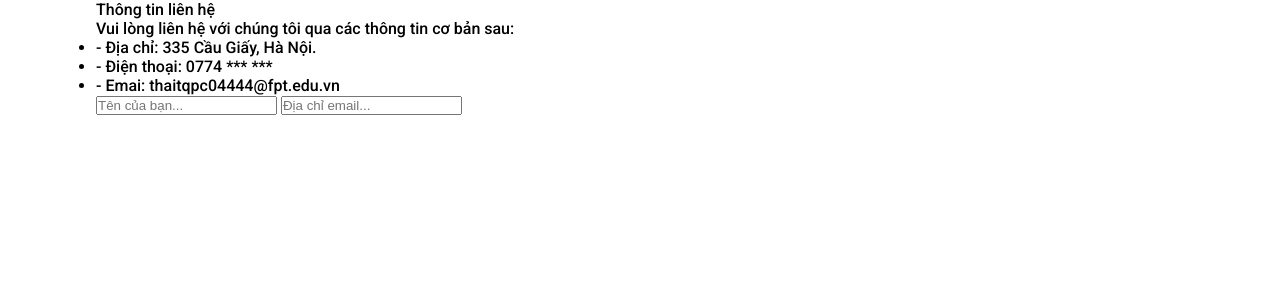
Repository: QUANGTHAI2003/sunhomesbbq
Page: LienHe.html
These files come from the project's save history. The page is drawn as it stood at one moment and after the next save; the edit follows.
The browser window is 1280 px wide. The pictures show the whole page.
Some web fonts or font styles are not loaded; a fallback is used.

Above is the page before, as saved 2022-02-14 15:16:17.

### LienHe.html
<!DOCTYPE html>
<html lang="en">
<head>
    <meta charset="UTF-8">
    <meta http-equiv="X-UA-Compatible" content="IE=edge">
    <meta name="viewport" content="width=device-width, initial-scale=1.0">
    <link rel="stylesheet" href="style.css">
    <link href='https://unpkg.com/boxicons@2.1.1/css/boxicons.min.css' rel='stylesheet'>
    <link href="https://fonts.googleapis.com/css2?family=Roboto:wght@300;500;700&display=swap" rel="stylesheet">
    <link href="https://fonts.googleapis.com/css2?family=Berkshire+Swash&display=swap" rel="stylesheet">
    <title>Document</title>
</head>
<body>
    <div class="wrapper">
        <div class="LH">
            <div class="info-LH">
                <div class="heading-LH">Thông tin liên hệ</div>
                <p>Vui lòng liên hệ với chúng tôi qua các thông tin cơ bản sau:</p>
                <ul>
                    <li>- Địa chỉ: 335 Cầu Giấy, Hà Nội.</li>
                    <li>- Điện thoại: 0774 *** ***</li>
                    <li>- Emai: thaitqpc04444@fpt.edu.vn</li>
                </ul>
            </div>
            <div class="enter-info">
                <input type="text" placeholder="Tên của bạn...">
                <input type="email" placeholder="Địa chỉ email...">
            </div>
        </div>
    </div>
</body>
</html>

### style.css
* {
    margin: 0;
    padding: 0;
    box-sizing: border-box;
}

html {
    scroll-behavior: smooth;
    font-family: 'Roboto', sans-serif;
}
.container {
    overflow: hidden;
}

.header {
    height: 100px;
    background-color: #000;
    position: fixed;
    top: 0;
    right: 0;
    left: 0;
}

.header img {
    padding: 8px;
    width: 350px;
}
/* Navigation bar */

.nav {
    max-width: 85%;
    display: flex;
    flex-wrap: wrap;
}

#logo {
    float: left;
    padding: 0 100px;
}

@media screen and (max-width: 1400px) {
    #logo {
        padding: 6px 50px;
    }
    .header img {
        width: 300px;
    }
    .nav a {
        font-size: 14px;
    }
}

.nav > ul {
    flex-wrap: wrap;
}

.nav li {
    list-style: none;
    line-height: 100px;
    font-weight: 500;
}

.nav li a {
    color: #c6c6c6;
    padding: 6px 15px;
    text-decoration: none;
}
.nav li a:active,
.nav li a:hover {
    color: #f3e385;
    font-weight: bold;
}
.nav li:active a {
    color: #f3e385;
    font-weight: bold;
}

.nav li:last-child a {
    border: 1px solid #c6c6c6;
    border-radius: 5px;
    text-transform: none;
}

.nav li:last-child a:hover {
    background-color: #f3e385;
    color: #000;
}
/* Content */
.content {
    height: 100vh;
}

.section-heading {
    font-family: 'Berkshire Swash', cursive;
    font-size: 30px;
    letter-spacing: 2px;
    word-spacing: 8px;
}

.content-section-sunhomes {
    display: flex;
    max-width: 85%;
    background-size: cover;
    background-position: 50% 50%;
    margin: 0 auto;
    padding: 24px;
}

.section-left-sunhomes {
    padding: 0 15px 30px;
    width: 50%;
}

.section-left-sunhomes .section-heading {
    font-size: 50px;
    margin: 0 0 15px;
}

.section-left-sunhomes .section-content {
    font-size: 16px;
    margin: 0 0 20px;
    line-height: 1.4;
    color: #777777;
}

.section-left-sunhomes .section-content span {
    font-weight: 700;
}
.section-images-sunhomes {
    flex-basis: 50%;
}

.section-images-sunhomes img {
    width: 300px;
    height: 400px;
    flex-basis: 50%;
    padding: 15px;
}

@media screen and (max-width: 1480px) {
    .section-images-sunhomes img {
        width: 280px;
    }
}

@media screen and (max-width: 1400px) {
    .section-images-sunhomes img {
        width: 250px;
    }
}

@media screen and (max-width: 1280px) {
    .section-images-sunhomes img {
        width: 200px;
    }
}

.img-1 {
    display: inline-block;
    overflow: hidden;
    position: relative;
}

.img-1 img {
    transition: all 0.5s ease-in-out;
}

.img-1:hover img {
    -webkit-transform: scale(1.1);
    transform: scale(1.1);
}

.img-2 {
    display: inline-block;
    overflow: hidden;
    position: relative;
}

.img-2 img {
    transition: all 0.5s ease-in-out;
}

.img-2:hover img {
    -webkit-transform: scale(1.1);
    transform: scale(1.1);
}

.content-section-menu {
    display: flex;
    max-width: 85%;
    background-size: cover;
    background-position: 50% 50%;
    margin: 0 auto;
    padding: 24px;
}
.section-images-menu {
    display: flex;
}

.section-right-menu {
    flex: 1;
    padding: 30px 30px;
}

.section-right-menu .section-heading {
    color: #c0c0c0;
    font-size: 50px;
    margin: 0 15px;
}

.section-right-menu .section-content {
    font-size: 16px;
    margin: 0 20px;
    line-height: 1.4;
    color: #777777;
}

.section-right-menu .section-content span {
    font-weight: 700;
}
.section-images-menu {
    flex: 1;
}

.img-3 {
    filter: grayscale(100%);
}

.img-3:hover {
    filter: grayscale(0%);
    transition: 0.8s;
}

.img-4 {
    filter: grayscale(100%);
}

.img-4:hover {
    filter: grayscale(0%);
    transition: 0.8s;
}

.img-5 {
    filter: grayscale(100%);
}

.img-5:hover {
    filter: grayscale(0%);
    transition: 0.8s;
}

.img-6 {
    filter: grayscale(100%);
}

.img-6:hover {
    filter: grayscale(0%);
    transition: 0.8s;
}

.section-images-menu img {
    width: 280px;
    height: 200px;
    flex-basis: 25%;
    padding: 15px;
}

.bg-menu {
    background-color: #000;
    height: 480px;
}

.btn-menu {
    display: inline-block;
    color: #c0c0c0;
    font-size: 18px;
    padding: 10px 20px;
    border: 1px solid #c6c6c6;
    border-radius: 5px;
    text-transform: none;
    margin: 12px 20px;
}

.btn-menu:hover {
    color: #555;
    background: #ccc;
    font-weight: bold;
}

.btn-menu .icon-menu {
    color: #c0c0c0;
    font-size: 16px;
}

.btn-menu:hover .icon-menu {
    color: #555;
    background: #ccc;
    font-weight: bold;
}

.icon-menu:hover {
    color: #ccc;
    background: #000;
}

.btn-res {
    display: inline-block;
    color: #727272;
    font-size: 18px;
    padding: 10px 20px;
    border: 1px solid #727272;
    border-radius: 5px;
    text-transform: none;
    font-weight: bold;
}

.btn-res:hover {
    color: #ccc;
    background: #555;
    font-weight: bold;
}

.btn-res .icon-menu {
    color: #000;
    font-size: 16px;
}

/* Footer */
.footer {
    background: #000;
    font-size: 14px;
    line-height: 1.4;
}

.copyright {
    display: flex;
    max-width: 80%;
    margin: 0 auto;
    justify-content: space-between;
    color: #ffffff80;
    padding: 1px;
    bottom: 0;
    top: 0;
}

.sign-now {
    background: url(./img/banner.jpg);
    background-color: rgba(0, 0, 0, 0.84);
    width: 100%;
    height: 100px;
    background-size: 100%;
}

.endow {
    max-width: 80%;
    margin: 0 auto;
    opacity: 1;
}

.sign-now span {
    color: black;
    line-height: 100px;
    margin: 0 20px;
    font-size: 18px;
    font-weight: 500;
}

.sign-now .endow #Email {
    width: 360px;
    height: 40px;
    border-radius: 20px;
    padding: 0 15px;
    margin: 0 5px 0 120px;
    background: rgba(204, 204, 204, 0.4);
    outline: none;
}

.sign-now .endow #Email::placeholder {
    color: #fff;
    font-size: 18px;
}

.sign-now .endow #sign {
    width: 150px;
    height: 40px;
    border-radius: 8px;
    background: #f3e385;
}

.sign-now .endow #sign::placeholder {
    color: #000;
    font-size: 18px;
    font-weight: bold;
}

.sign-now .endow #sign:hover {
    opacity: 0.8;
}

@media screen and (max-width: 1400px) {
    .sign-now span {
        font-size: 16px;
    }

    .sign-now .endow #Email {
        margin: 0 5px 0 60px;
        width: 200px;
    }

    .sign-now .endow #sign {
        width: 120px;
    }
}

.brand {
    display: flex;
    height: 100px;
    justify-content: space-between;
    align-items: center;
    margin: 0 auto;
    max-width: 85%;
}

.brand img {
    width: 8%;
    height: 50px;
}

.brand1 {
    filter: grayscale(100%);
}

.brand1:hover {
    filter: grayscale(0%);
    transition: 0.8s;
}

.brand2 {
    filter: grayscale(100%);
}

.brand2:hover {
    filter: grayscale(0%);
    transition: 0.8s;
}

.brand3 {
    filter: grayscale(100%);
}

.brand3:hover {
    filter: grayscale(0%);
    transition: 0.8s;
}

.brand4 {
    filter: grayscale(100%);
}

.brand4:hover {
    filter: grayscale(0%);
    transition: 0.8s;
}

.brand5 {
    filter: grayscale(100%);
}

.brand5:hover {
    filter: grayscale(0%);
    transition: 0.8s;
}

.brand6 {
    filter: grayscale(100%);
}

.brand6:hover {
    filter: grayscale(0%);
    transition: 0.8s;
}

.brand7 {
    filter: grayscale(100%);
}

.brand7:hover {
    filter: grayscale(0%);
    transition: 0.8s;
}

.brand8 {
    filter: grayscale(100%);
}

.brand8:hover {
    filter: grayscale(0%);
    transition: 0.8s;
}

.brand9 {
    filter: grayscale(100%);
}

.brand9:hover {
    filter: grayscale(0%);
    transition: 0.8s;
}

.brand10 {
    filter: grayscale(100%);
}

.brand10:hover {
    filter: grayscale(0%);
    transition: 0.8s;
}

#myBtn {
    position: fixed;
    bottom: 30px;
    right: 10px;
    float: right;
    right: 5%;
    left: 95%;
    max-width: 30px;
    width: 80px;
    height: 30px;
    font-size: 20px;
    border-color: rgba(85, 85, 85, 0.2);
    background-color: rgb(100, 100, 100);
    padding: 1px;
    border-radius: 60px;
}

.arrow {
    font-size: 20px;
    padding: 1px 0;
}

#myBtn:hover {
    opacity: 0.8;
}

/* Gioi Thieu */
.wrapper {
    display: flex;
    max-width: 85%;
    margin: 0 auto;
}

.heading-GT {
    display: inline-block;
    font-size: 24px;
    padding: 10px 90px;
    font-weight: bold;
}

.para-GT {
    line-height: 1.4;
    margin: 20px 0;
    color: #777777;
}

.Gioi-Thieu1,
.Gioi-Thieu2 {
    width: 600px;
    margin: 30px 30px;
}

.Gioi-Thieu1 img,
.Gioi-Thieu2 img {
    width: 600px;
}

@media screen and (max-width: 1400px) {
    .Gioi-Thieu1,
    .Gioi-Thieu2 {
        width: 500px;
        margin: 30px 15px;
    }

    .Gioi-Thieu1 img,
    .Gioi-Thieu2 img {
        width: 500px;
    }

    .heading-GT {
        display: inline-block;
        font-size: 20px;
        padding: 10px 70px;
        font-weight: bold;
    }
}

/* Dat Ban */

.DB {
    display: flex;
}

.set-table {
    margin: 30px 12px;
    flex: 1;
}

.set-table p {
    margin: 16px 0;
}

.set-table ul {
    list-style: none;
    margin-bottom: 80px;
}

.set-table ul li {
    margin: 8px 0;
    padding: 6px;
    border-bottom: 1px solid rgba(0, 0, 0, 0.4);
    color: #777777;
    font-size: 16px;
}

.set-table ul li .arrow-right {
    margin-right: 6px;
}

.heading-DB {
    font-size: 40px;
    font-family: 'Berkshire Swash';
}

.set-table-info {
    margin: 25px 12px 15px;
    flex: 1;
}

.set-table-info input {
    border: 1px solid #c6c6c6;
    display: inline-block;
    width: 90%;
    height: 40px;
    margin: 8px 0;
    border-radius: 4px;
    padding: 0 5px;
    outline: none;
    box-shadow: rgba(0, 0, 0, 0.35) 0px 5px 15px;
}

.set-table-info input:focus {
    box-shadow: inset rgba(0, 0, 0, 0.35) 0px 5px 15px;
}

.wrapper .set-table-info #sign {
    width: 140px;
    background-color: #f3e385;
    font-size: 16px;
}

.wrapper .set-table-info #sign:hover {
    box-shadow: inset rgba(0, 0, 0, 0.35) 0px 5px 15px;
    opacity: 0.8;
    cursor: pointer;
    font-weight: bold;
}

/* Thuc don */

.heading-menu {
    display: inline-block;
    position: relative;
    left: 50%;
    transform: translateX(-50%);
    font-size: 36px;
    font-weight: bold;
    padding: 24px;
}

.heading-food {
    margin: 10px 12px;
    font-size: 26px;
    font-weight: bold;
}

.contain {
    width: 85%;
    margin: 0 auto;
    padding: 40px;
    border: 1px solid #c6c6c6;
}

.menu-foods {
    display: flex;
    flex-wrap: wrap;
}

.menu-food {
    width: 360px;
    height: 200px;
    margin: 0 20px 520px 20px;
}

.menu-food .food {
    width: 380px;
    border-radius: 4px;
}

.list-food ul {
    list-style: none;
}

.list-food ul li {
    font-size: 18px;
    border-bottom: 1px solid rgba(148, 134, 134, 0.26);
    padding: 5px 0;
}

.list-food ul li .bx-check {
    margin: 0 8px;
    color: rgba(16, 134, 5, 0.6);
    font-weight: bold;
    font-size: 24px;
}

/* Tuyen dung */

.TD {
    display: flex;
    margin-bottom: 10px;
}

.heading-recruit {
    font-size: 40px;
    font-weight: bold;
    font-family: 'Berkshire Swash';
    padding-top: 20px;
}

.recruit {
    width: 50%;
    margin-right: 30px;
}

.recruit p {
    padding-top: 20px;
    color: #777777;
}

.recruit ul {
    padding-top: 20px;
    list-style: none;
}

.recruit ul li {
    padding: 6px;
    margin: 8px 0;
    border-bottom: 1px solid rgba(0, 0, 0, 0.4);
    font-size: 16px;
    color: #777777;
}

.recruit ul li .bx-check {
    margin: 0 8px;
    color: rgba(16, 134, 5, 0.6);
    font-weight: bold;
    font-size: 24px;
}

.recruit p a {
    color: #334862;
    text-decoration: none;
}

.recruit p a:hover {
    color: #000;
}

.img-TD {
    margin-left: 30px;
}

.img-TD img {
    width: 110%;
    height: 80%;
    margin: 16px 8px;
    padding-top: 30px;
}

After the next save:
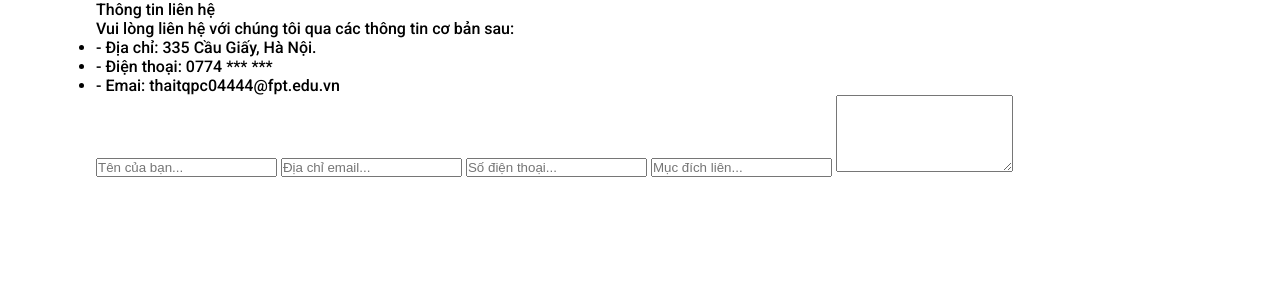
Saved 2 min 31 s later.
--- a/LienHe.html
+++ b/LienHe.html
@@ -25,6 +25,9 @@
             <div class="enter-info">
                 <input type="text" placeholder="Tên của bạn...">
                 <input type="email" placeholder="Địa chỉ email...">
+                <input type="tel" pattern="0[0-9]{9}" maxlength="10" required placeholder="Số điện thoại...">
+                <input type="text" placeholder="Mục đích liên...">
+                <textarea rows="5"></textarea>
             </div>
         </div>
     </div>
